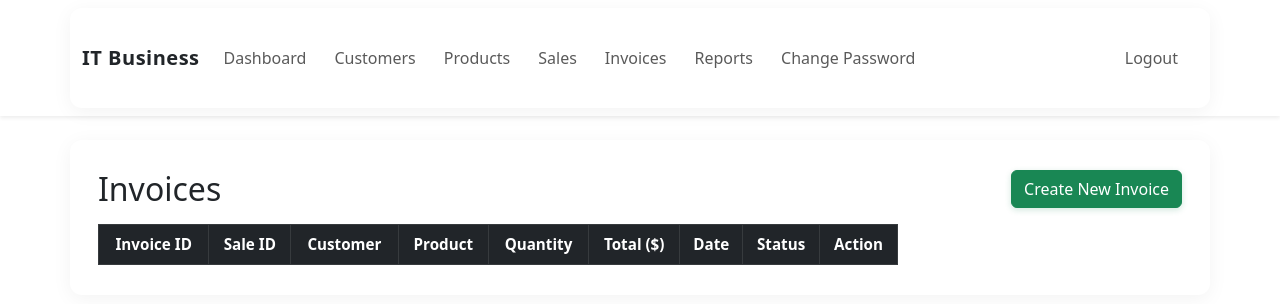
Repository: asmsaifulislam/it_business
Page: http://localhost/invoice
An editor plug-in stored every save of this project. The page is shown before and after the next save, followed by the edit.
The browser window is 1280 px wide. The pictures show the whole page.
The page is served by the project's application, run on Flask 3 (app.py). The session is filled in as if someone had signed in: {"user_id": 1}. Other server files are loaded and not shown. Queries for data that is not in the repository find no rows.

Above is the page before, as saved 2025-09-05 12:03:25.

### templates/invoice.html
{% extends 'base.html' %}

{% block content %}
<!-- Full-width wrapper with no horizontal margin -->
<div class="container-fluid px-0">
    <!-- Header and Button Row -->
    <div class="d-flex justify-content-between align-items-center mb-3 px-3">
        <h2 class="mb-0">Invoices</h2>
        <a href="{{ url_for('create_invoice') }}" class="btn btn-success">Create New Invoice</a>
    </div>

    <!-- Full-Width Table -->
    <div class="table-responsive px-3">
        <table class="table table-bordered table-hover w-100 m-0">
            <thead class="table-dark">
                <tr>
                    <th>Invoice ID</th>
                    <th>Sale ID</th>
                    <th>Customer</th>
                    <th>Product</th>
                    <th>Quantity</th>
                    <th>Total ($)</th>
                    <th>Date</th>
                    <th>Status</th>
                    <th>Action</th>
                </tr>
            </thead>
            <tbody>
                {% for invoice in invoices %}
                <tr>
                    <td>{{ invoice.id }}</td>
                    <td>{{ invoice.sale.id }}</td>
                    <td>{{ invoice.sale.customer.name }}</td>
                    <td>{{ invoice.sale.product.name }}</td>
                    <td>{{ invoice.sale.quantity }}</td>
                    <td>${{ "%.2f"|format(invoice.sale.total) }}</td>
                    <td>{{ invoice.sale.updated_at.strftime('%Y-%m-%d %H:%M') }}</td>
                    <td>
                        {% if invoice.status == 'Paid' %}
                            <span class="badge bg-success">Paid</span>
                        {% else %}
                            <span class="badge bg-warning text-dark">Unpaid</span>
                        {% endif %}
                    </td>
                    <td>
                        {% if invoice.status != 'Paid' %}
                        <form action="{{ url_for('generate_invoice', sale_id=invoice.sale.id) }}" method="post" style="display:inline;">
                            <button type="submit" class="btn btn-primary btn-sm">Generate Invoice</button>
                        </form>
                        {% else %}
                            <button class="btn btn-secondary btn-sm" disabled>Already Paid</button>
                        {% endif %}
                    </td>
                </tr>
                {% endfor %}
            </tbody>
        </table>
    </div>
</div>
{% endblock %}

### templates/base.html
<!DOCTYPE html>
<html lang="en">
<head>
    <meta charset="UTF-8">
    <title>IT Business Management Tool</title>
    <meta name="viewport" content="width=device-width, initial-scale=1">

    <!-- Custom Styles -->
    <link rel="stylesheet" href="{{ url_for('static', filename='style.css') }}">

    <!-- Bootstrap CSS -->
    <link href="https://cdn.jsdelivr.net/npm/bootstrap@5.3.0/dist/css/bootstrap.min.css" rel="stylesheet">
</head>
<body>
    <!-- Navbar -->
    <nav class="navbar navbar-expand-lg shadow-sm mb-4" style="background-color: #ffffff;">
        <div class="container">
            <a class="navbar-brand text-dark" href="{{ url_for('dashboard') }}">IT Business</a>
            <button class="navbar-toggler" type="button" data-bs-toggle="collapse" data-bs-target="#navbarNav">
                <span class="navbar-toggler-icon"></span>
            </button>
            <div class="collapse navbar-collapse justify-content-between" id="navbarNav">
                <ul class="navbar-nav">
                    <li class="nav-item"><a class="nav-link" href="{{ url_for('dashboard') }}">Dashboard</a></li>
                    <li class="nav-item"><a class="nav-link" href="{{ url_for('customers') }}">Customers</a></li>
                    <li class="nav-item"><a class="nav-link" href="{{ url_for('products') }}">Products</a></li>
                    <li class="nav-item"><a class="nav-link" href="{{ url_for('sales') }}">Sales</a></li>
                    <li class="nav-item"><a class="nav-link" href="{{ url_for('invoice') }}">Invoices</a></li>
                    <li class="nav-item"><a class="nav-link" href="{{ url_for('reports') }}">Reports</a></li>
                    <li class="nav-item"><a class="nav-link" href="{{ url_for('change_password') }}">Change Password</a></li>
                </ul>
                <ul class="navbar-nav">
                    {% if session.get('user_id') %}
                        <li class="nav-item"><a class="nav-link" href="{{ url_for('logout') }}">Logout</a></li>
                    {% else %}
                        <li class="nav-item"><a class="nav-link" href="{{ url_for('login') }}">Login</a></li>
                    {% endif %}
                </ul>
            </div>
        </div>
    </nav>

    <!-- Flash Messages -->
    <div class="container">
        {% with messages = get_flashed_messages() %}
            {% if messages %}
                <div class="alert alert-warning text-center fade-in">
                    {% for message in messages %}
                        <div>{{ message }}</div>
                    {% endfor %}
                </div>
            {% endif %}
        {% endwith %}

        <!-- Page Content -->
        {% block content %}{% endblock %}
    </div>

    <!-- Bootstrap JS -->
    <script src="https://cdn.jsdelivr.net/npm/bootstrap@5.3.0/dist/js/bootstrap.bundle.min.js"></script>
</body>
</html>

### app.py
# -------------------- Core Imports --------------------
import os
from flask import Flask, render_template, redirect, url_for, request, flash, session
from flask_sqlalchemy import SQLAlchemy
from flask_migrate import Migrate
from werkzeug.security import generate_password_hash, check_password_hash
from dotenv import load_dotenv

# -------------------- Load Environment Variables --------------------
load_dotenv()

# -------------------- Config --------------------
class Config:
    SQLALCHEMY_DATABASE_URI = os.getenv('DATABASE_URL', 'sqlite:///site.db')
    SECRET_KEY = os.getenv('SECRET_KEY', 'fallback_secret')
    SQLALCHEMY_TRACK_MODIFICATIONS = False

# -------------------- App Initialization --------------------
app = Flask(__name__)
app.config.from_object(Config)

# -------------------- Database --------------------
db = SQLAlchemy(app)
migrate = Migrate(app, db)

# -------------------- Models --------------------
class User(db.Model):
    id = db.Column(db.Integer, primary_key=True)
    username = db.Column(db.String(120), unique=True, nullable=False)
    password = db.Column(db.String(512), nullable=False)

class Customer(db.Model):
    id = db.Column(db.Integer, primary_key=True)
    name = db.Column(db.String(120), nullable=False)
    email = db.Column(db.String(120), nullable=True)

class Product(db.Model):
    id = db.Column(db.Integer, primary_key=True)
    name = db.Column(db.String(120), nullable=False)
    price = db.Column(db.Float, nullable=False)
    stock = db.Column(db.Integer, default=0)

class Sale(db.Model):
    id = db.Column(db.Integer, primary_key=True)
    customer_id = db.Column(db.Integer, db.ForeignKey('customer.id'), nullable=False)
    product_id = db.Column(db.Integer, db.ForeignKey('product.id'), nullable=False)
    quantity = db.Column(db.Integer, nullable=False)
    total = db.Column(db.Float, nullable=False)

class Invoice(db.Model):
    id = db.Column(db.Integer, primary_key=True)
    sale_id = db.Column(db.Integer, db.ForeignKey('sale.id'), nullable=False)
    status = db.Column(db.String(20), default='Unpaid')

# -------------------- One-Time Admin Creation --------------------
with app.app_context():
    db.create_all()
    if not User.query.filter_by(username='admin').first():
        admin = User(username='admin', password=generate_password_hash('admin123'))
        db.session.add(admin)
        db.session.commit()

# -------------------- Form Imports --------------------
from forms import (
    LoginForm,
    ChangePasswordForm,
    UpdateAccountForm,
    CustomerForm,
    ProductForm,
    SaleForm,
    InvoiceForm
)

# -------------------- One-Time Admin Creation --------------------
with app.app_context():
    db.create_all()
    if not User.query.filter_by(username='admin').first():
        admin = User(username='admin', password=generate_password_hash('admin123'))
        db.session.add(admin)
        db.session.commit()

# -------------------- Auth --------------------
@app.route('/login', methods=['GET', 'POST'])
def login():
    form = LoginForm()
    if form.validate_on_submit():
        user = User.query.filter_by(username=form.username.data).first()
        if user and check_password_hash(user.password, form.password.data):
            session['user_id'] = user.id
            return redirect(url_for('dashboard'))
        else:
            flash('Invalid credentials')
    return render_template('login.html', form=form)

@app.route('/logout')
def logout():
    session.pop('user_id', None)
    return redirect(url_for('login'))

# -------------------- Change Password --------------------
@app.route('/change-password', methods=['GET', 'POST'])
def change_password():
    if 'user_id' not in session:
        return redirect(url_for('login'))

    form = ChangePasswordForm()
    user = User.query.get(session['user_id'])

    if form.validate_on_submit():
        if not check_password_hash(user.password, form.current_password.data):
            flash('Current password is incorrect')
        else:
            user.password = generate_password_hash(form.new_password.data)
            db.session.commit()
            flash('Password updated successfully')
            return redirect(url_for('dashboard'))

    return render_template('change_password.html', form=form)

# -------------------- Update Account --------------------
@app.route('/update-account', methods=['GET', 'POST'])
def update_account():
    if 'user_id' not in session:
        return redirect(url_for('login'))

    form = UpdateAccountForm()
    user = User.query.get(session['user_id'])

    if form.validate_on_submit():
        if not check_password_hash(user.password, form.current_password.data):
            flash('Current password is incorrect')
        else:
            user.username = form.username.data
            user.password = generate_password_hash(form.new_password.data)
            db.session.commit()
            flash('Account updated successfully')
            return redirect(url_for('dashboard'))

    return render_template('update_account.html', form=form)

# -------------------- Add Product --------------------
@app.route('/add-product', methods=['GET', 'POST'])
def add_product():
    if 'user_id' not in session:
        return redirect(url_for('login'))

    form = ProductForm()
    if form.validate_on_submit():
        try:
            new_product = Product(name=form.name.data, price=form.price.data)
            db.session.add(new_product)
            db.session.commit()
            flash('✅ Product added successfully', 'success')
            return redirect(url_for('products'))
        except Exception as e:
            db.session.rollback()
            flash(f'❌ Error adding product: {str(e)}', 'danger')

    return render_template('add_product.html', form=form)

# -------------------- Record Sale --------------------
@app.route('/record-sale', methods=['GET', 'POST'])
def record_sale():
    if 'user_id' not in session:
        return redirect(url_for('login'))

    form = SaleForm()
    form.customer_id.choices = [(c.id, c.name) for c in Customer.query.all()]
    form.product_id.choices = [(p.id, p.name) for p in Product.query.all()]

    if form.validate_on_submit():
        product = Product.query.get(form.product_id.data)
        total = product.price * form.quantity.data
        new_sale = Sale(
            customer_id=form.customer_id.data,
            product_id=form.product_id.data,
            quantity=form.quantity.data,
            total=total
        )
        db.session.add(new_sale)
        db.session.commit()
        flash('Sale recorded successfully')
        return redirect(url_for('sales'))

    return render_template('record_sale.html', form=form)
#------------------sales report-----------------------
@app.route('/sales-report')
def sales_report():
    # Fetch and render sales data
    return render_template('sales_report.html')


# -------------------- Create Invoice (Manual Form) --------------------
@app.route('/create-invoice', methods=['GET', 'POST'])
def create_invoice():
    if 'user_id' not in session:
        return redirect(url_for('login'))

    form = InvoiceForm()
    form.sale_id.choices = [(sale.id, f"Sale #{sale.id} - {sale.customer.name}") for sale in Sale.query.all()]

    if form.validate_on_submit():
        sale = Sale.query.get_or_404(form.sale_id.data)
        existing_invoice = Invoice.query.filter_by(sale_id=sale.id).first()
        if existing_invoice:
            flash('Invoice already exists for this sale.', 'warning')
        else:
            new_invoice = Invoice(sale_id=sale.id, status=form.status.data)
            db.session.add(new_invoice)
            db.session.commit()
            flash('Invoice created successfully.', 'success')
        return redirect(url_for('invoice'))

    return render_template('create_invoice.html', form=form)

# -------------------- Generate Invoice (Auto from Sale) --------------------
@app.route('/generate-invoice/<int:sale_id>', methods=['POST'])
def generate_invoice(sale_id):
    if 'user_id' not in session:
        return redirect(url_for('login'))

    sale = Sale.query.get_or_404(sale_id)
    existing_invoice = Invoice.query.filter_by(sale_id=sale.id).first()
    if existing_invoice:
        flash('Invoice already exists for this sale.', 'warning')
    else:
        new_invoice = Invoice(sale_id=sale.id, status='Unpaid')
        db.session.add(new_invoice)
        db.session.commit()
        flash('Invoice generated successfully.', 'success')

    return redirect(url_for('invoice'))

# -------------------- Mark Invoice as Paid --------------------
@app.route('/mark-paid/<int:invoice_id>', methods=['POST'])
def mark_paid(invoice_id):
    if 'user_id' not in session:
        return redirect(url_for('login'))

    invoice = Invoice.query.get_or_404(invoice_id)
    invoice.status = 'Paid'
    db.session.commit()
    flash('Invoice marked as paid.', 'success')
    return redirect(url_for('invoice'))

# -------------------- Dashboard --------------------
@app.route('/')
def dashboard():
    if 'user_id' not in session:
        return redirect(url_for('login'))
    stats = {
        'customers': Customer.query.count(),
        'products': Product.query.count(),
        'sales': Sale.query.count(),
        'invoices': Invoice.query.count()
    }
    return render_template('dashboard.html', stats=stats)

# -------------------- Customers --------------------
@app.route('/customers')
def customers():
    if 'user_id' not in session:
        return redirect(url_for('login'))
    all_customers = Customer.query.all()
    return render_template('customers.html', customers=all_customers)

@app.route('/add-customer', methods=['GET', 'POST'])
def add_customer():
    if 'user_id' not in session:
        return redirect(url_for('login'))

    form = CustomerForm()
    if form.validate_on_submit():
        new_customer = Customer(name=form.name.data, email=form.email.data)
        db.session.add(new_customer)
        db.session.commit()
        flash('Customer added successfully')
        return redirect(url_for('customers'))

    return render_template('add_customer.html', form=form)

# -------------------- Products --------------------
@app.route('/products')
def products():
    if 'user_id' not in session:
        return redirect(url_for('login'))
    all_products = Product.query.all()
    return render_template('products.html', products=all_products)

# -------------------- Sales --------------------
@app.route('/sales')
def sales():
    if 'user_id' not in session:
        return redirect(url_for('login'))
    all_sales = Sale.query.all()
    return render_template('sales.html', sales=all_sales)

# -------------------- Invoices --------------------
@app.route('/invoice')
def invoice():
    if 'user_id' not in session:
        return redirect(url_for('login'))
    all_invoices = Invoice.query.all()
    return render_template('invoice.html', invoices=all_invoices)

# -------------------- Reports --------------------
@app.route('/reports')
def reports():
    if 'user_id' not in session:
        return redirect(url_for('login'))
    return render_template('reports.html')
# -------------------- Sales Report --------------------
@app.route('/sales-report')
def sales_report_view():
    if 'user_id' not in session:
        return redirect(url_for('login'))
    total_sales = Sale.query.count()
    total_revenue = db.session.query(db.func.sum(Sale.total)).scalar() or 0
    top_product = db.session.query(Product.name, db.func.sum(Sale.quantity))\
        .join(Sale, Product.id == Sale.product_id)\
        .group_by(Product.name)\
        .order_by(db.func.sum(Sale.quantity).desc())\
        .first()
    return render_template('sales_report.html',
                           total_sales=total_sales,
                           total_revenue=total_revenue,
                           top_product=top_product[0] if top_product else "N/A")

# -------------------- Customer Report --------------------
@app.route('/customer-report')
def customer_report():
    if 'user_id' not in session:
        return redirect(url_for('login'))

    total_customers = Customer.query.count()
    recent_customers = Customer.query.order_by(Customer.id.desc()).limit(5).all()

    return render_template('customer_report.html',
                           total_customers=total_customers,
                           recent_customers=recent_customers)

# -------------------- Product Report --------------------
@app.route('/product-report')
def product_report():
    if 'user_id' not in session:
        return redirect(url_for('login'))

    total_products = Product.query.count()
    low_stock = Product.query.filter(Product.stock < 10).all()

    return render_template('product_report.html',
                           total_products=total_products,
                           low_stock=low_stock)

# -------------------- Invoice Report --------------------
@app.route('/invoice-report')
def invoice_report():
    if 'user_id' not in session:
        return redirect(url_for('login'))

    total_invoices = Invoice.query.count()
    paid = Invoice.query.filter_by(status='Paid').count()
    unpaid = Invoice.query.filter_by(status='Unpaid').count()
    overdue = Invoice.query.filter_by(status='Overdue').count()

    return render_template('invoice_report.html',
                           total_invoices=total_invoices,
                           paid=paid,
                           unpaid=unpaid,
                           overdue=overdue)


# -------------------- Run --------------------
if __name__ == '__main__':
    app.run(debug=True)

### static/style.css
/* Base Reset */
body {
    margin: 0;
    padding: 0;
    font-family: 'Segoe UI', Tahoma, Geneva, Verdana, sans-serif;
    background-color: #f4f6f9;
    color: #212529;
    text-align: center;
}

/* Navbar */
nav.navbar {
    background-color: #ffffff;
    box-shadow: 0 2px 4px rgba(0, 0, 0, 0.1);
    transition: box-shadow 0.3s ease;
}

nav.navbar:hover {
    box-shadow: 0 4px 12px rgba(0, 0, 0, 0.15);
}

.navbar-brand {
    font-weight: bold;
    font-size: 1.5rem;
    letter-spacing: 0.5px;
    color: #2c3e50;
}

.nav-link {
    font-size: 1rem;
    margin-right: 12px;
    position: relative;
    color: #2c3e50;
    transition: color 0.3s ease;
}

.nav-link::after {
    content: '';
    position: absolute;
    left: 0;
    bottom: -4px;
    width: 0%;
    height: 2px;
    background-color: #198754;
    transition: width 0.3s ease;
}

.nav-link:hover {
    color: #198754;
}

.nav-link:hover::after {
    width: 100%;
}

/* Container */
.container {
    padding: 30px 20px;
    max-width: 960px;
    margin: 0 auto;
    background-color: #ffffff;
    border-radius: 12px;
    box-shadow: 0 4px 20px rgba(0, 0, 0, 0.05);
    transform-style: preserve-3d;
    perspective: 1000px;
    animation: fadeInUp 0.6s ease forwards;
}

/* Headings */
h2 {
    font-weight: 600;
    color: #2c3e50;
    margin-bottom: 30px;
    transform: translateZ(20px);
}

/* Tables */
table {
    font-size: 0.95rem;
    margin: 0 auto;
    width: 100%;
    max-width: 800px;
    border-collapse: collapse;
    transition: transform 0.3s ease;
}

.table th {
    background-color: #2c3e50;
    color: white;
    text-align: center;
    padding: 12px;
}

.table td {
    vertical-align: middle;
    text-align: center;
    padding: 10px;
    background-color: #ffffff;
}

.table tbody tr {
    transition: background-color 0.3s ease, transform 0.3s ease;
}

.table tbody tr:hover {
    background-color: #f0f8ff;
    transform: scale(1.01) translateZ(10px);
}

/* Buttons */
.btn {
    font-weight: 500;
    padding: 10px 18px;
    border-radius: 6px;
    font-size: 0.95rem;
    background-color: #198754;
    color: white;
    transition: all 0.3s ease;
    box-shadow: 0 2px 6px rgba(25, 135, 84, 0.2);
}

.btn:hover {
    transform: translateY(-2px) scale(1.05);
    box-shadow: 0 6px 16px rgba(25, 135, 84, 0.3);
    background-color: #157347;
}

/* Cards */
.card {
    box-shadow: 0 2px 8px rgba(0, 0, 0, 0.08);
    border: none;
    text-align: center;
    border-radius: 8px;
    transition: transform 0.3s ease, box-shadow 0.3s ease;
}

.card:hover {
    transform: rotateX(3deg) rotateY(3deg);
    box-shadow: 0 6px 16px rgba(0, 0, 0, 0.1);
}

.card-header {
    font-weight: 600;
    font-size: 1.1rem;
}

/* Alerts */
.alert {
    font-size: 0.9rem;
    max-width: 600px;
    margin: 0 auto 20px;
    animation: fadeInUp 0.5s ease forwards;
}

/* Forms */
form {
    max-width: 500px;
    margin: 0 auto;
    text-align: left;
    background-color: #ffffff;
    padding: 30px;
    border-radius: 8px;
    box-shadow: 0 0 10px rgba(0, 0, 0, 0.05);
    animation: fadeInUp 0.6s ease forwards;
}

.form-label {
    font-weight: 500;
    margin-bottom: 6px;
}

.form-control {
    border-radius: 4px;
    font-size: 0.95rem;
    padding: 10px;
    margin-bottom: 15px;
    transition: box-shadow 0.3s ease;
}

.form-control:focus {
    box-shadow: 0 0 8px rgba(25, 135, 84, 0.3);
    border-color: #198754;
}

/* Badges */
.badge {
    font-size: 0.85rem;
    padding: 6px 10px;
    border-radius: 4px;
}

/* Animations */
@keyframes fadeInUp {
    from {
        opacity: 0;
        transform: translateY(20px);
    }
    to {
        opacity: 1;
        transform: translateY(0);
    }
}

/* Responsive Enhancements */
@media (max-width: 768px) {
    .container {
        padding: 20px 10px;
    }

    form {
        padding: 20px;
    }

    .btn {
        width: 100%;
    }

    h2 {
        font-size: 1.4rem;
    }
}

After the next save:
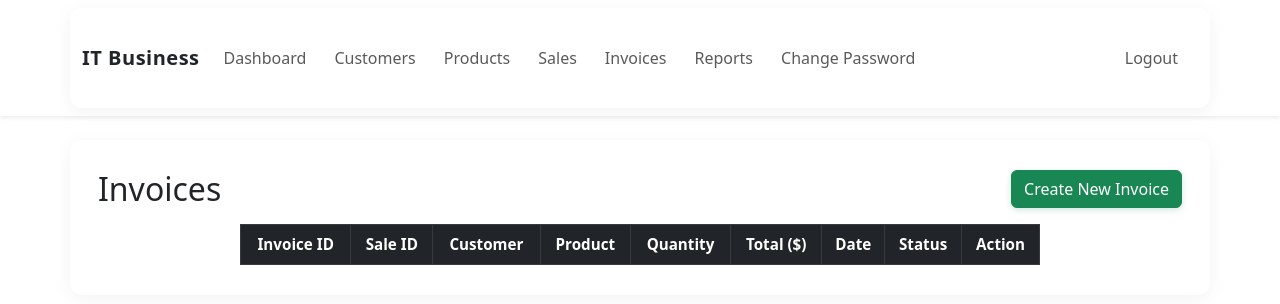
Saved 84 s later.
--- a/templates/invoice.html
+++ b/templates/invoice.html
@@ -1,60 +1,57 @@
 {% extends 'base.html' %}
 
 {% block content %}
-<!-- Full-width wrapper with no horizontal margin -->
-<div class="container-fluid px-0">
-    <!-- Header and Button Row -->
-    <div class="d-flex justify-content-between align-items-center mb-3 px-3">
-        <h2 class="mb-0">Invoices</h2>
-        <a href="{{ url_for('create_invoice') }}" class="btn btn-success">Create New Invoice</a>
-    </div>
+<!-- Header and Button Row -->
+<div class="d-flex justify-content-between align-items-center mb-3 px-3">
+    <h2 class="mb-0">Invoices</h2>
+    <a href="{{ url_for('create_invoice') }}" class="btn btn-success">Create New Invoice</a>
+</div>
 
-    <!-- Full-Width Table -->
-    <div class="table-responsive px-3">
-        <table class="table table-bordered table-hover w-100 m-0">
-            <thead class="table-dark">
-                <tr>
-                    <th>Invoice ID</th>
-                    <th>Sale ID</th>
-                    <th>Customer</th>
-                    <th>Product</th>
-                    <th>Quantity</th>
-                    <th>Total ($)</th>
-                    <th>Date</th>
-                    <th>Status</th>
-                    <th>Action</th>
-                </tr>
-            </thead>
-            <tbody>
-                {% for invoice in invoices %}
-                <tr>
-                    <td>{{ invoice.id }}</td>
-                    <td>{{ invoice.sale.id }}</td>
-                    <td>{{ invoice.sale.customer.name }}</td>
-                    <td>{{ invoice.sale.product.name }}</td>
-                    <td>{{ invoice.sale.quantity }}</td>
-                    <td>${{ "%.2f"|format(invoice.sale.total) }}</td>
-                    <td>{{ invoice.sale.updated_at.strftime('%Y-%m-%d %H:%M') }}</td>
-                    <td>
-                        {% if invoice.status == 'Paid' %}
-                            <span class="badge bg-success">Paid</span>
-                        {% else %}
-                            <span class="badge bg-warning text-dark">Unpaid</span>
-                        {% endif %}
-                    </td>
-                    <td>
-                        {% if invoice.status != 'Paid' %}
-                        <form action="{{ url_for('generate_invoice', sale_id=invoice.sale.id) }}" method="post" style="display:inline;">
-                            <button type="submit" class="btn btn-primary btn-sm">Generate Invoice</button>
-                        </form>
-                        {% else %}
-                            <button class="btn btn-secondary btn-sm" disabled>Already Paid</button>
-                        {% endif %}
-                    </td>
-                </tr>
-                {% endfor %}
-            </tbody>
-        </table>
-    </div>
+<!-- Fixed-Width Table -->
+<div class="table-responsive px-0">
+    <table class="table table-bordered table-hover" style="width:2374px; margin:0 auto;">
+        <thead class="table-dark">
+            <tr>
+                <th>Invoice ID</th>
+                <th>Sale ID</th>
+                <th>Customer</th>
+                <th>Product</th>
+                <th>Quantity</th>
+                <th>Total ($)</th>
+                <th>Date</th>
+                <th>Status</th>
+                <th>Action</th>
+            </tr>
+        </thead>
+        <tbody>
+            {% for invoice in invoices %}
+            <tr>
+                <td>{{ invoice.id }}</td>
+                <td>{{ invoice.sale.id }}</td>
+                <td>{{ invoice.sale.customer.name }}</td>
+                <td>{{ invoice.sale.product.name }}</td>
+                <td>{{ invoice.sale.quantity }}</td>
+                <td>${{ "%.2f"|format(invoice.sale.total) }}</td>
+                <td>{{ invoice.sale.updated_at.strftime('%Y-%m-%d %H:%M') }}</td>
+                <td>
+                    {% if invoice.status == 'Paid' %}
+                        <span class="badge bg-success">Paid</span>
+                    {% else %}
+                        <span class="badge bg-warning text-dark">Unpaid</span>
+                    {% endif %}
+                </td>
+                <td>
+                    {% if invoice.status != 'Paid' %}
+                    <form action="{{ url_for('generate_invoice', sale_id=invoice.sale.id) }}" method="post" style="display:inline;">
+                        <button type="submit" class="btn btn-primary btn-sm">Generate Invoice</button>
+                    </form>
+                    {% else %}
+                        <button class="btn btn-secondary btn-sm" disabled>Already Paid</button>
+                    {% endif %}
+                </td>
+            </tr>
+            {% endfor %}
+        </tbody>
+    </table>
 </div>
 {% endblock %}
